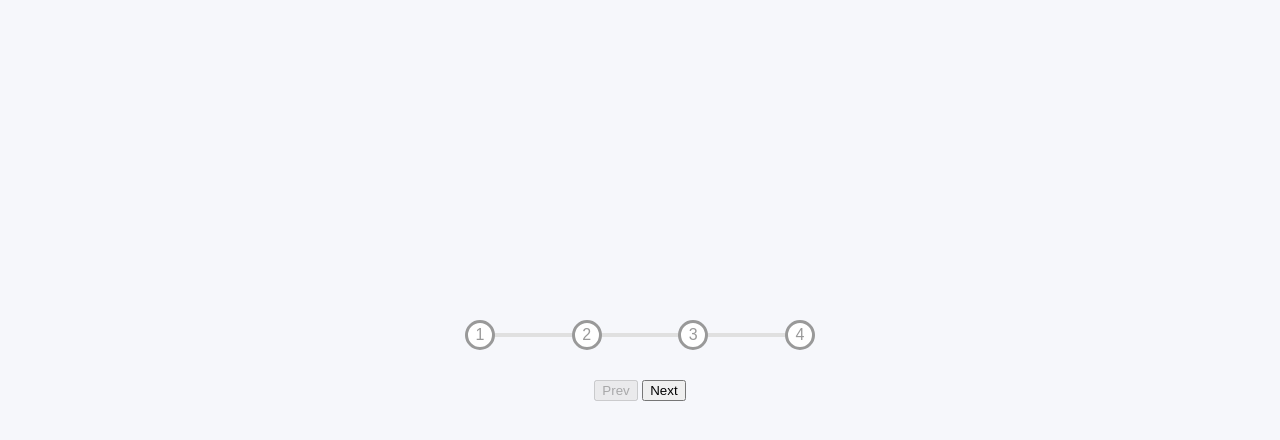
Repository: aobeid1979/Progress-Steps
Page: index.html
These files come from the project's save history. The page is drawn as it stood at one moment and after a run of saves; the edit follows.
The browser window is 1280 px wide. The pictures show the whole page.
Some web fonts or font styles are not loaded; a fallback is used.

Above is the page before, as saved 2024-06-03 20:55:15.

After the next 2 saves:
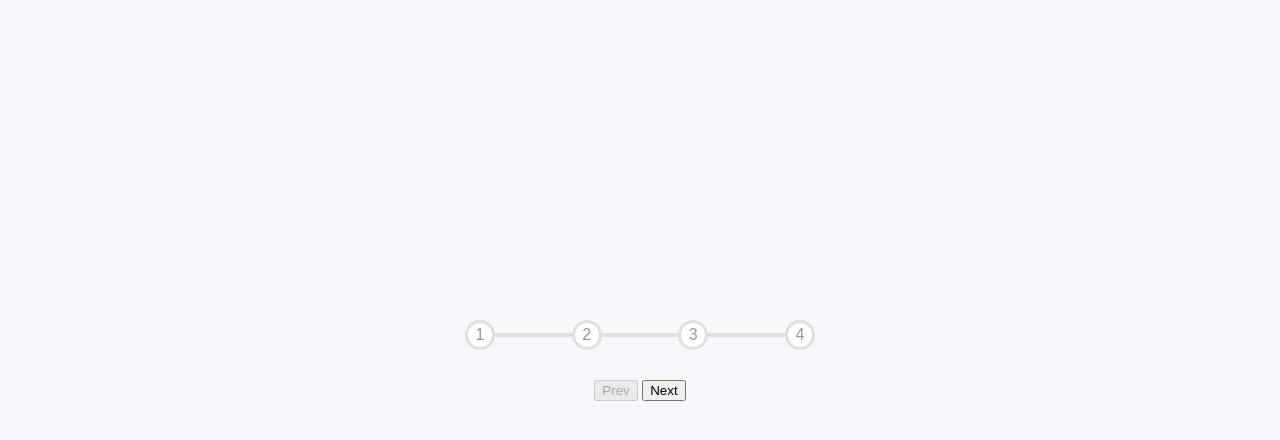
The 2 saves are shown as one change because they came seconds apart.
The last was saved 10 s later.
--- a/style.css
+++ b/style.css
@@ -62,5 +62,6 @@ body {
     display: flex;
     align-items: center;
     justify-content: center;
-    border: 3px solid
+    border: 3px solid #e0e0e0;
+
 }
